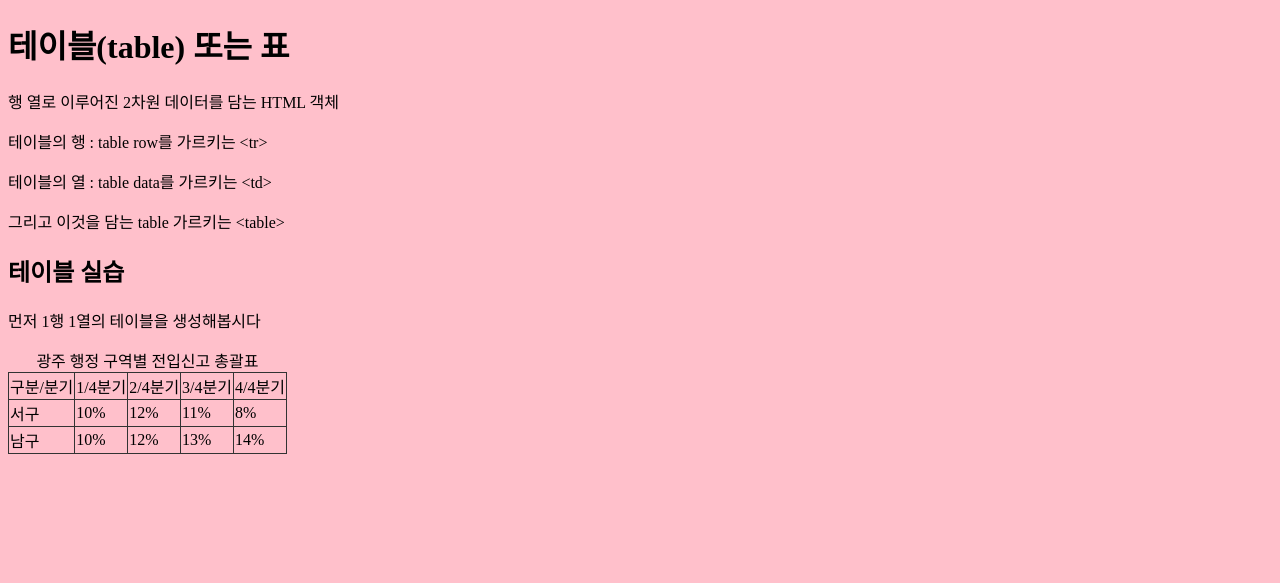
Repository: kmh9964/view
Page: workspace/studyhtml5/src/main/webapp/docs/first.html
These files come from the project's save history. The page is drawn as it stood at one moment and after the next save; the edit follows.
The browser window is 1280 px wide. The pictures show the whole page.

Above is the page before, as saved 2022-12-15 06:26:24.

### workspace/studyhtml5/src/main/webapp/docs/first.html
<!doctype html>
<html lang="en">
<head>
<meta charset="UTF-8" />
<title>표</title>
<link rel="stylesheet" href="../css/main.css" />
</head>
<body>
	<h1>테이블(table) 또는 표</h1>
	<p>행 열로 이루어진 2차원 데이터를 담는 HTML 객체<p>
	<p>테이블의 행 : table row를 가르키는 &lt;tr&gt;</p> <!-- &은 그냥 특수 문자,lt 작다,gt는 크다라는 뜻 -->
	<p>테이블의 열 : table data를 가르키는 &lt;td&gt;</p>
	<p>그리고 이것을 담는 table 가르키는 &lt;table&gt;</p>
	<h2>테이블 실습</h2>
	<p>먼저 1행 1열의 테이블을 생성해봅시다</p>

	<table>
		<caption>광주 행정 구역별 전입신고 총괄표</caption> <!-- 테이블 이름 넣어줄때 -->
		<tr> <!-- 행 -->
			<td>구분/분기</td><td>1/4분기</td><td>2/4분기</td><td>3/4분기</td><td>4/4분기</td> <!-- 열 -->
		</tr>
		<tr> <!-- 행 -->
			<td>서구</td><td>10%</td><td>12%</td><td>11%</td><td>8%</td> <!-- 열 -->
		</tr>
		<tr> <!-- 행 -->
			<td>남구</td><td>10%</td><td>12%</td><td>13%</td><td>14%</td> <!-- 열 -->
		</tr>
	</table>



</body>
</html>

### workspace/studyhtml5/src/main/webapp/css/main.css
@charset "UTF-8";

body {
	background: pink;
}

/* css 선택자
		-- 자주 쓰는것 : 1~5
		1)공용 선택자 : *
		2) 태그 선택자 :p
		3)클래스 선택자 : .text
		4) 아이디 선택자 :




*/

table, td {
		border :  1px solid #333;   /* 선의 두께, 선의 종류, 선의 색상 */
		border-collapse: collapse;  /* 테두리-겹침: 겹쳐라 */
}

After the next save:
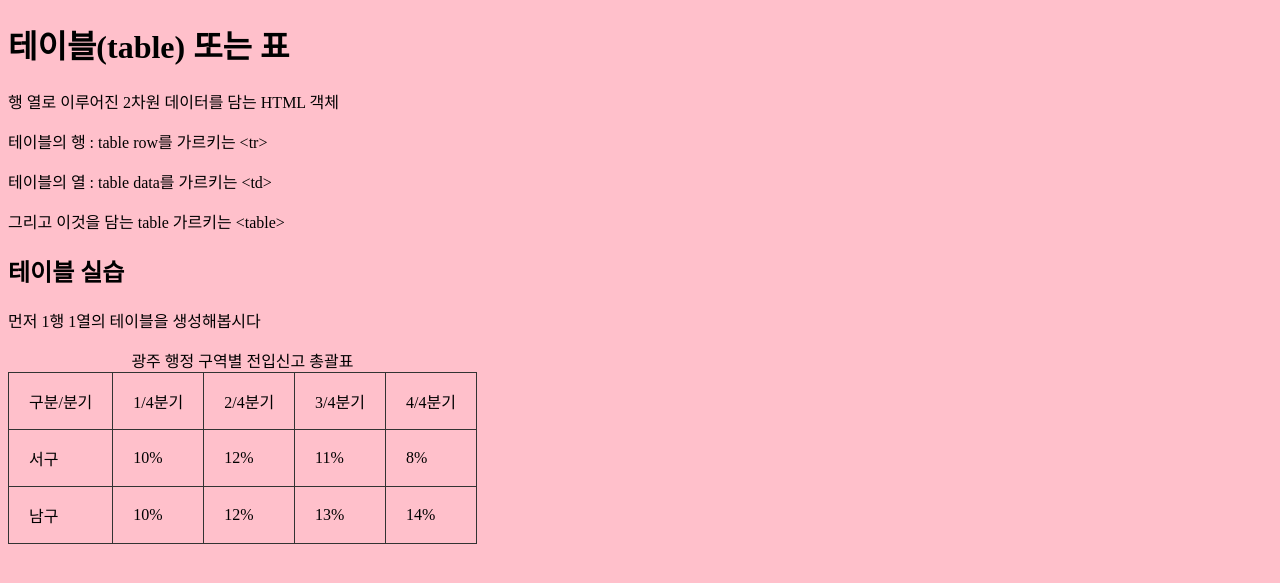
Saved 2 min 30 s later.
--- a/workspace/studyhtml5/src/main/webapp/css/main.css
+++ b/workspace/studyhtml5/src/main/webapp/css/main.css
@@ -20,3 +20,6 @@ table, td {
 		border :  1px solid #333;   /* 선의 두께, 선의 종류, 선의 색상 */
 		border-collapse: collapse;  /* 테두리-겹침: 겹쳐라 */
 }
+td{
+	padding: 1rem 1.250rem; /* 패딩(=안여백): 상하 1rem , 좌우 1.250rem */
+}
